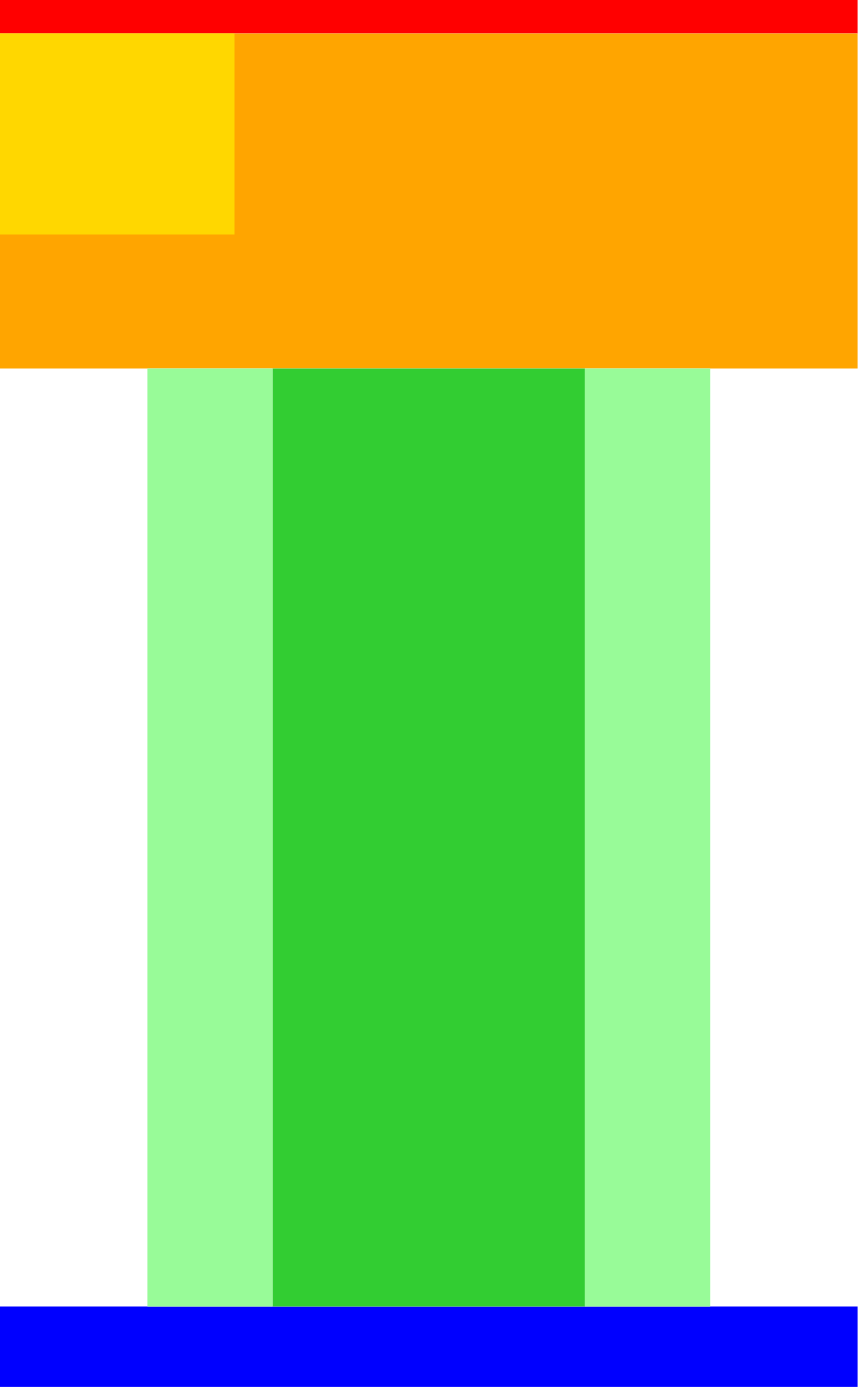
Repository: takanauti/task
Page: chapter4_exercise/index2.html
The author's editor kept a record of every edit. The page is drawn from the files as they stood at one moment, then again after the next edit.
The browser window is 1280 px wide. The pictures show the whole page, at 67% of full size.

Above is the page before.

After the next edit:
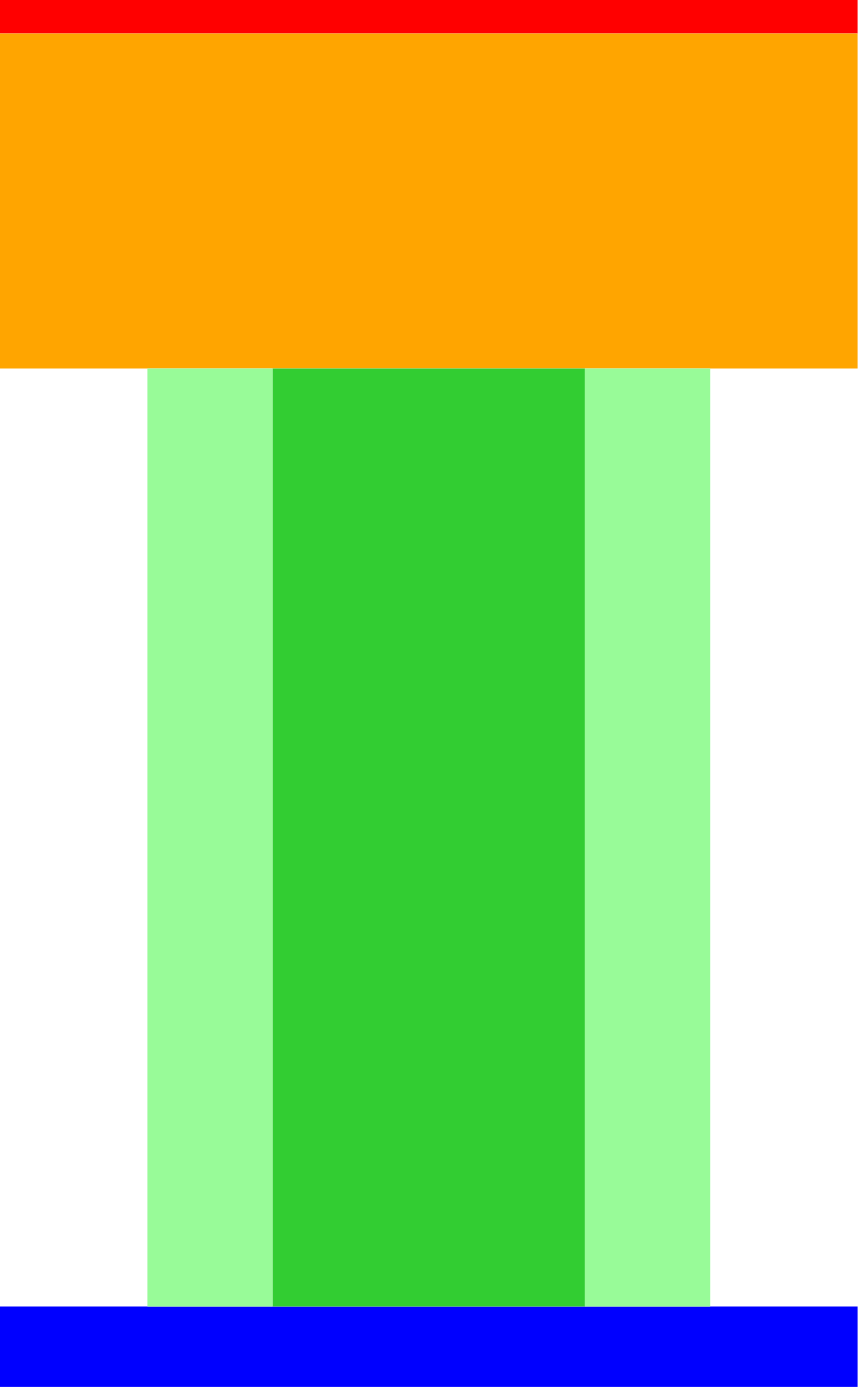
The edit:
--- a/chapter4_exercise/style2.css
+++ b/chapter4_exercise/style2.css
@@ -18,11 +18,6 @@
   background-color: orange; /* 背景色orange */
 }
 
-.main-visual-content {
-  width: 350px; /* 横幅350px */
-  height: 300px; /* 親の高さに揃える */
-  background-color: gold; /* 背景色gold */
-}
 
 .main {
   width: 840px; /* 横幅840px */
